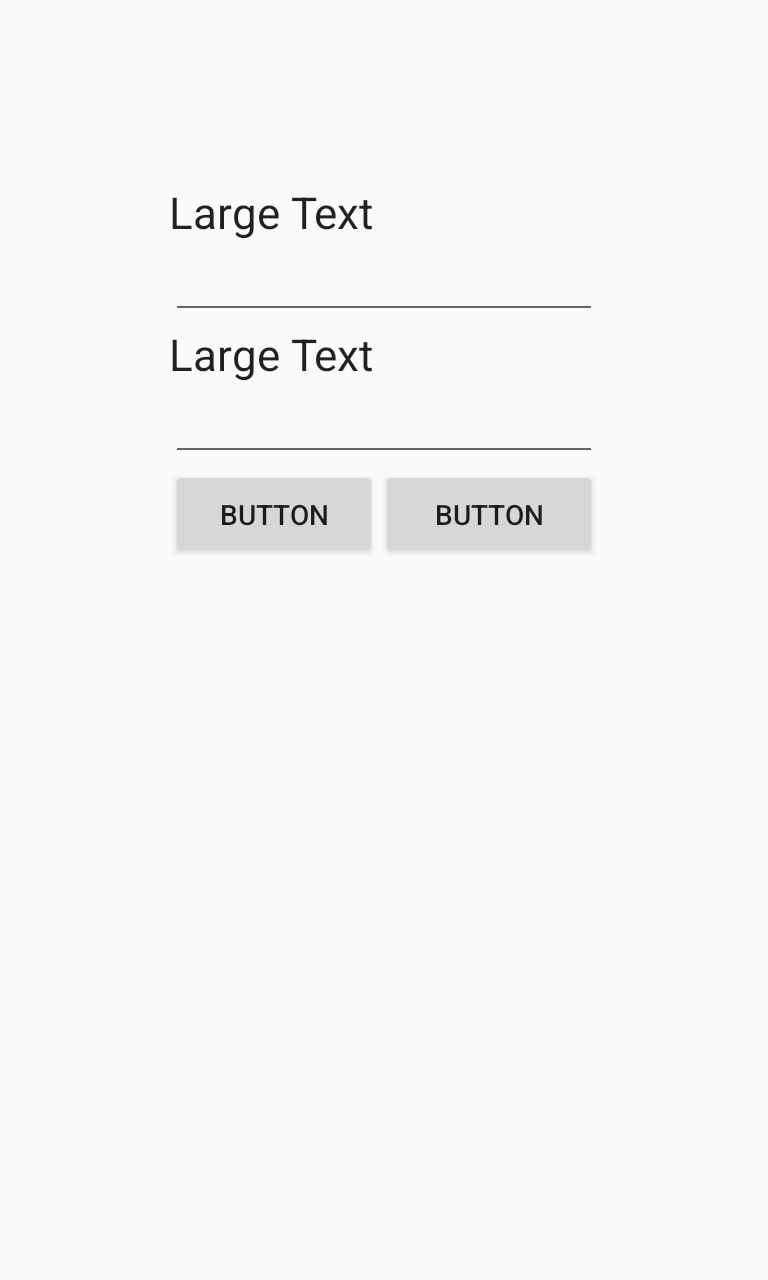
Repository: luizhenrique-dev/repositorio-mobile
Layout: ProjetoFinalMobile/UFGMemo/res/layout/activity_login.xml
The author's editor kept a copy of each file at every save. The layout is drawn from the files as they stood at one save, then again after the next save.
It is drawn on a 768 x 1280 px phone screen (xhdpi) without system bars, with theme AppTheme; the app's code is not run.

Above is the layout before, as saved 2014-05-18 02:02:21.

### ProjetoFinalMobile/UFGMemo/res/layout/activity_login.xml
<RelativeLayout xmlns:android="http://schemas.android.com/apk/res/android"
    xmlns:tools="http://schemas.android.com/tools"
    android:id="@+id/container"
    android:layout_width="match_parent"
    android:layout_height="match_parent"
    tools:context="br.ufg.inf.es.memo.LoginActivity"
    tools:ignore="MergeRootFrame" >

    <LinearLayout
        android:id="@+id/linearLayout2"
        android:layout_width="wrap_content"
        android:layout_height="wrap_content"
        android:layout_alignParentBottom="true"
        android:layout_marginBottom="69dp"
        android:layout_marginRight="16dp"
        android:layout_toLeftOf="@+id/linearLayout1"
        android:orientation="vertical" >
    </LinearLayout>

    <LinearLayout
        android:id="@+id/linearLayout1"
        android:layout_width="wrap_content"
        android:layout_height="wrap_content"
        android:layout_alignParentTop="true"
        android:layout_centerHorizontal="true"
        android:layout_marginTop="91dp"
        android:orientation="vertical" >

        <TextView
            android:id="@+id/textView1"
            android:layout_width="wrap_content"
            android:layout_height="wrap_content"
            android:text="Large Text"
            android:textAppearance="?android:attr/textAppearanceLarge" />

        <EditText
            android:id="@+id/editText1"
            android:layout_width="215dp"
            android:layout_height="wrap_content" />

        <TextView
            android:id="@+id/textView2"
            android:layout_width="wrap_content"
            android:layout_height="wrap_content"
            android:text="Large Text"
            android:textAppearance="?android:attr/textAppearanceLarge" />

        <EditText
            android:id="@+id/editText2"
            android:layout_width="match_parent"
            android:layout_height="wrap_content"
            android:inputType="textPassword" />

        <LinearLayout
            android:layout_width="match_parent"
            android:layout_height="wrap_content" >

            <Button
                android:id="@+id/button2"
                android:layout_width="wrap_content"
                android:layout_height="wrap_content"
                android:layout_weight="1.07"
                android:text="Button" />

            <Button
                android:id="@+id/button1"
                android:layout_width="110dp"
                android:layout_height="wrap_content"
                android:text="Button" />
        </LinearLayout>
    </LinearLayout>

</RelativeLayout>

Loaded but not shown: ProjetoFinalMobile/UFGMemo/res/values/styles.xml (common file); ProjetoFinalMobile/UFGMemo/res/values-v11/styles.xml (common file); ProjetoFinalMobile/UFGMemo/res/values-v14/styles.xml (common file)

After the next save:
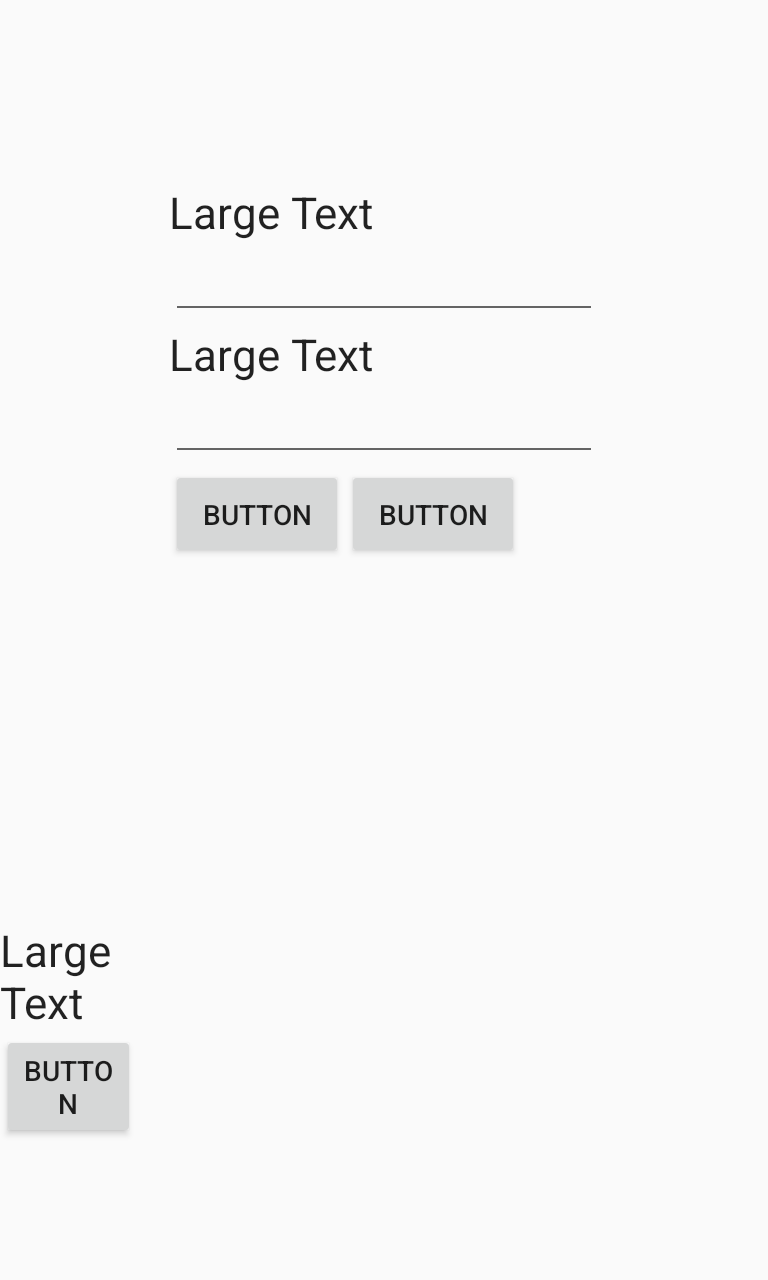
Saved 2 min 5 s later.
--- a/ProjetoFinalMobile/UFGMemo/res/layout/activity_login.xml
+++ b/ProjetoFinalMobile/UFGMemo/res/layout/activity_login.xml
@@ -15,6 +15,20 @@
         android:layout_marginRight="16dp"
         android:layout_toLeftOf="@+id/linearLayout1"
         android:orientation="vertical" >
+
+        <TextView
+            android:id="@+id/textView1"
+            android:layout_width="wrap_content"
+            android:layout_height="wrap_content"
+            android:text="Large Text"
+            android:textAppearance="?android:attr/textAppearanceLarge" />
+
+        <Button
+            android:id="@+id/button2"
+            android:layout_width="wrap_content"
+            android:layout_height="wrap_content"
+            android:layout_weight="1.07"
+            android:text="Button" />
     </LinearLayout>
 
     <LinearLayout
@@ -59,12 +73,11 @@
                 android:id="@+id/button2"
                 android:layout_width="wrap_content"
                 android:layout_height="wrap_content"
-                android:layout_weight="1.07"
                 android:text="Button" />
 
             <Button
                 android:id="@+id/button1"
-                android:layout_width="110dp"
+                android:layout_width="wrap_content"
                 android:layout_height="wrap_content"
                 android:text="Button" />
         </LinearLayout>
